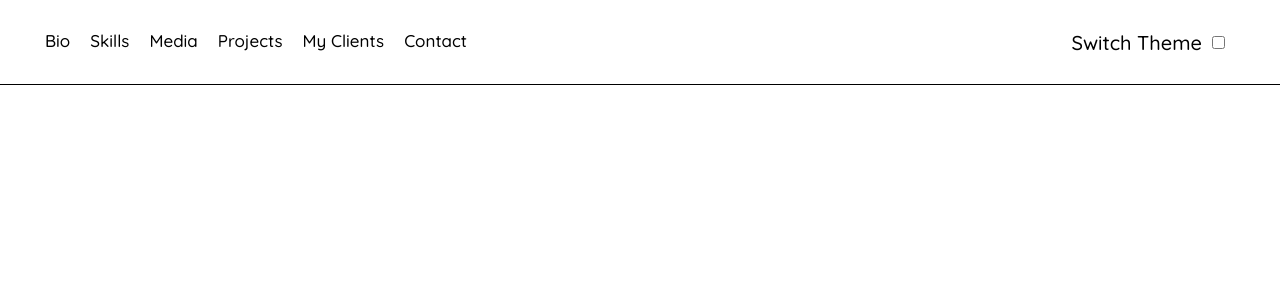
Repository: benarafa1/personal-website
Page: index.html
These files come from the project's save history. The page is drawn as it stood at one moment and after the next save; the edit follows.
The browser window is 1280 px wide. The pictures show the whole page.

Above is the page before, as saved 2025-04-11 18:07:58.

After the next save:
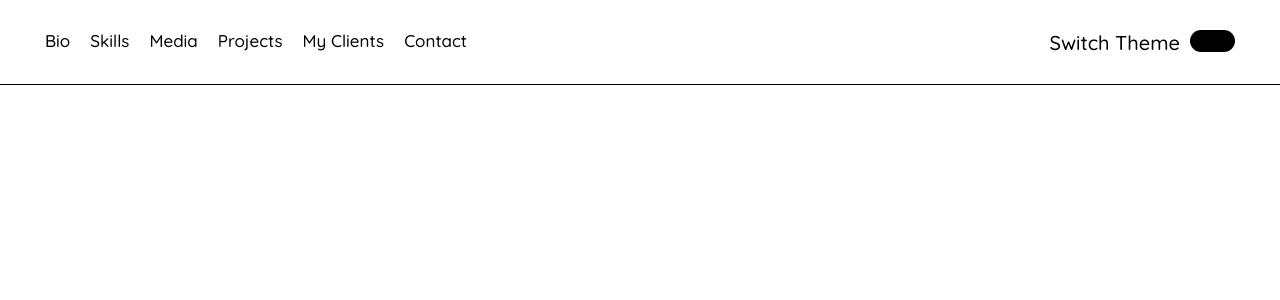
Saved 2 min 13 s later.
--- a/style.css
+++ b/style.css
@@ -119,5 +119,16 @@ html {
   font-weight: var(--font-weight-medium);
   font-size: var(--font-size-20);
 }
-toggl
+.toggle-checkbox {
+  display: none;
+}
+
+.toggle-label {
+  display: block;
+  width: 4.5rem;
+  height: 2.2rem;
+  border-radius: 1.5rem;
+  background-color: var(--color-black);
+  cursor: pointer;
+}
 /* toggle end */
